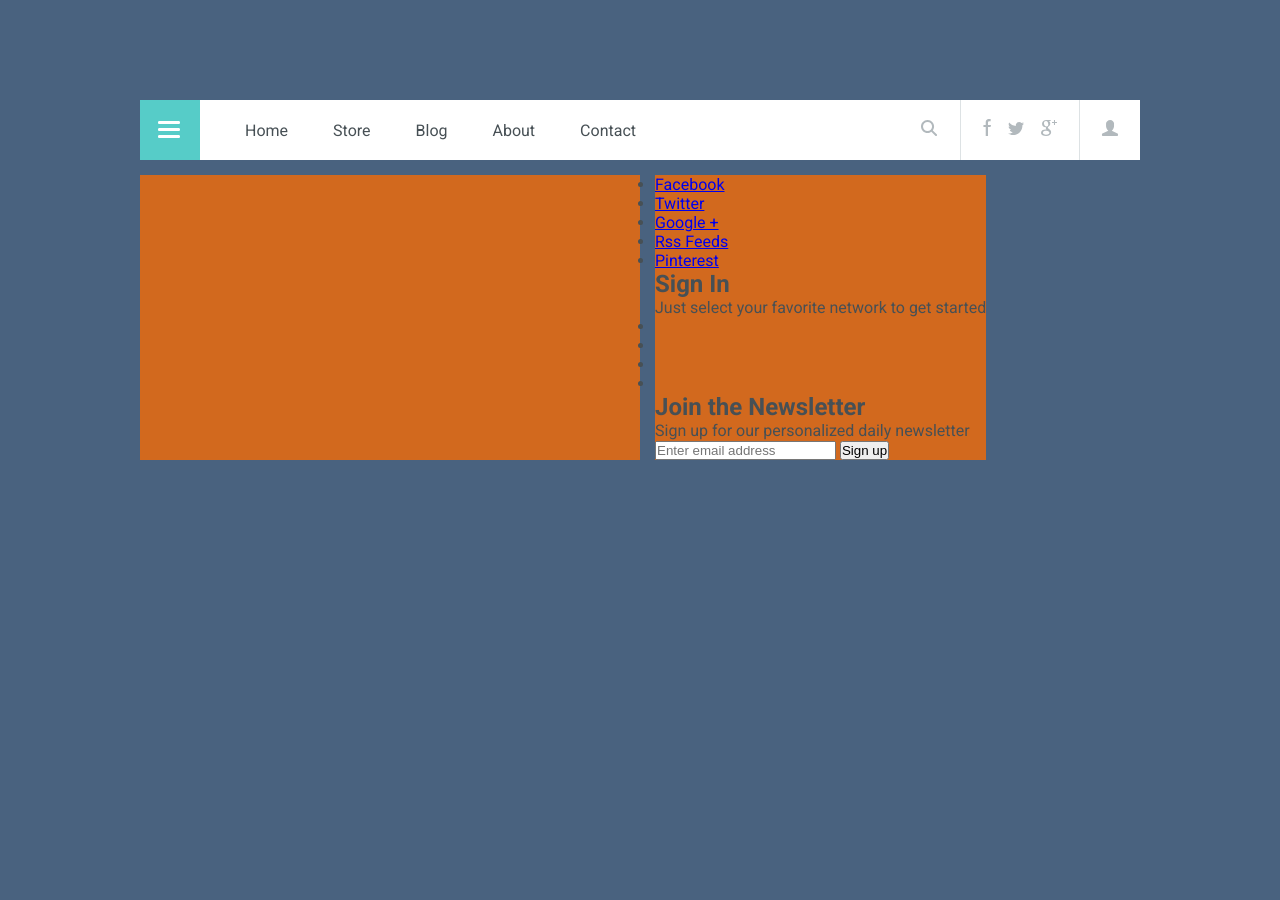
Repository: pawelczubak/WeeklyWebDevChallenge
Page: Challenge_4/index.html
These files come from the project's save history. The page is drawn as it stood at one moment and after the next save; the edit follows.
The browser window is 1280 px wide. The pictures show the whole page.
Some web libraries are served in a nearby version.

Above is the page before, as saved 2020-04-27 19:41:36.

After the next save:
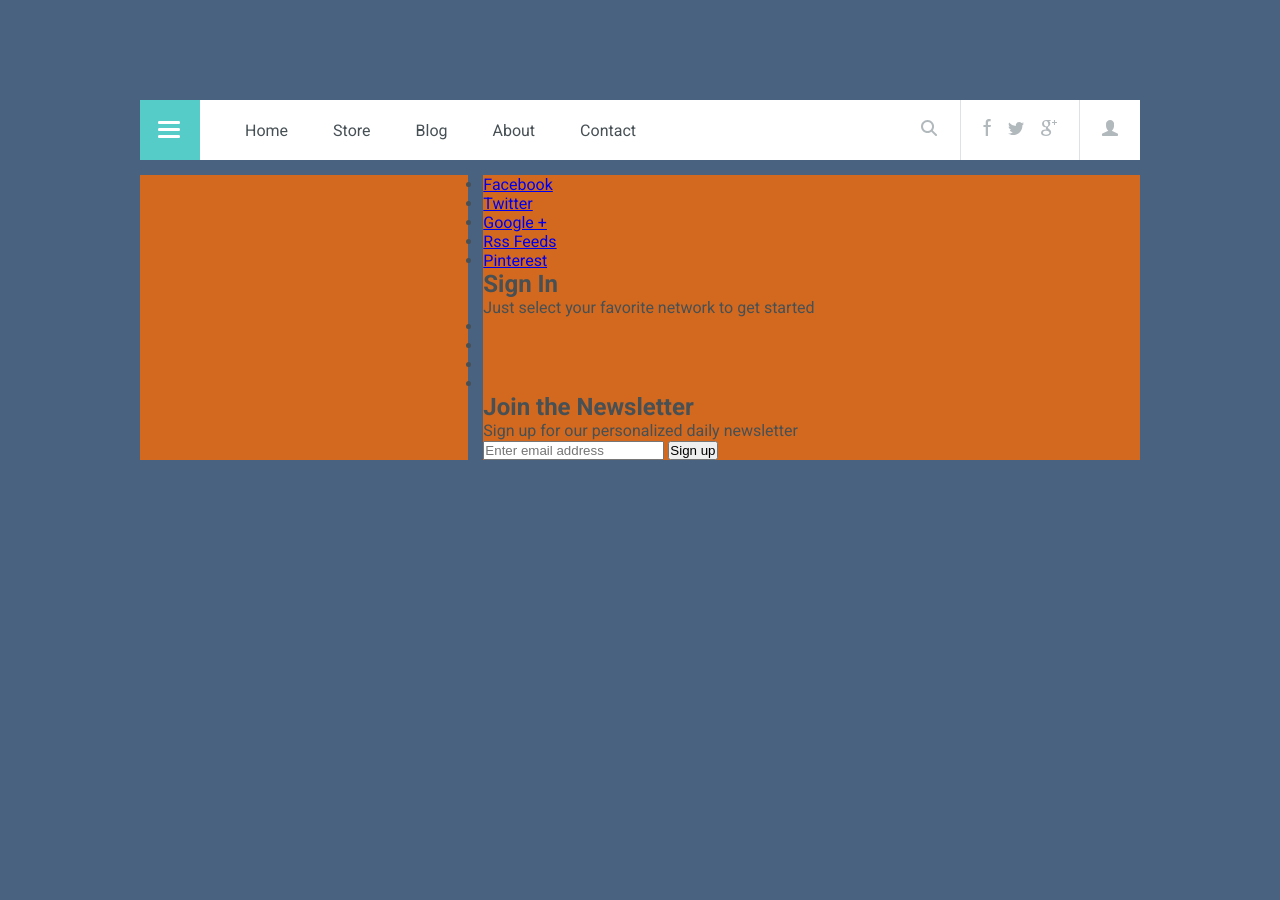
Saved 6 s later.
--- a/Challenge_4/css/main.css
+++ b/Challenge_4/css/main.css
@@ -145,7 +145,7 @@
 .social-section {
     margin-left: 15px;
     background-color: chocolate;
-    width: auto;
+    width: 100%;
 }
 
 .social-section__socials-container {

After the save that followed:
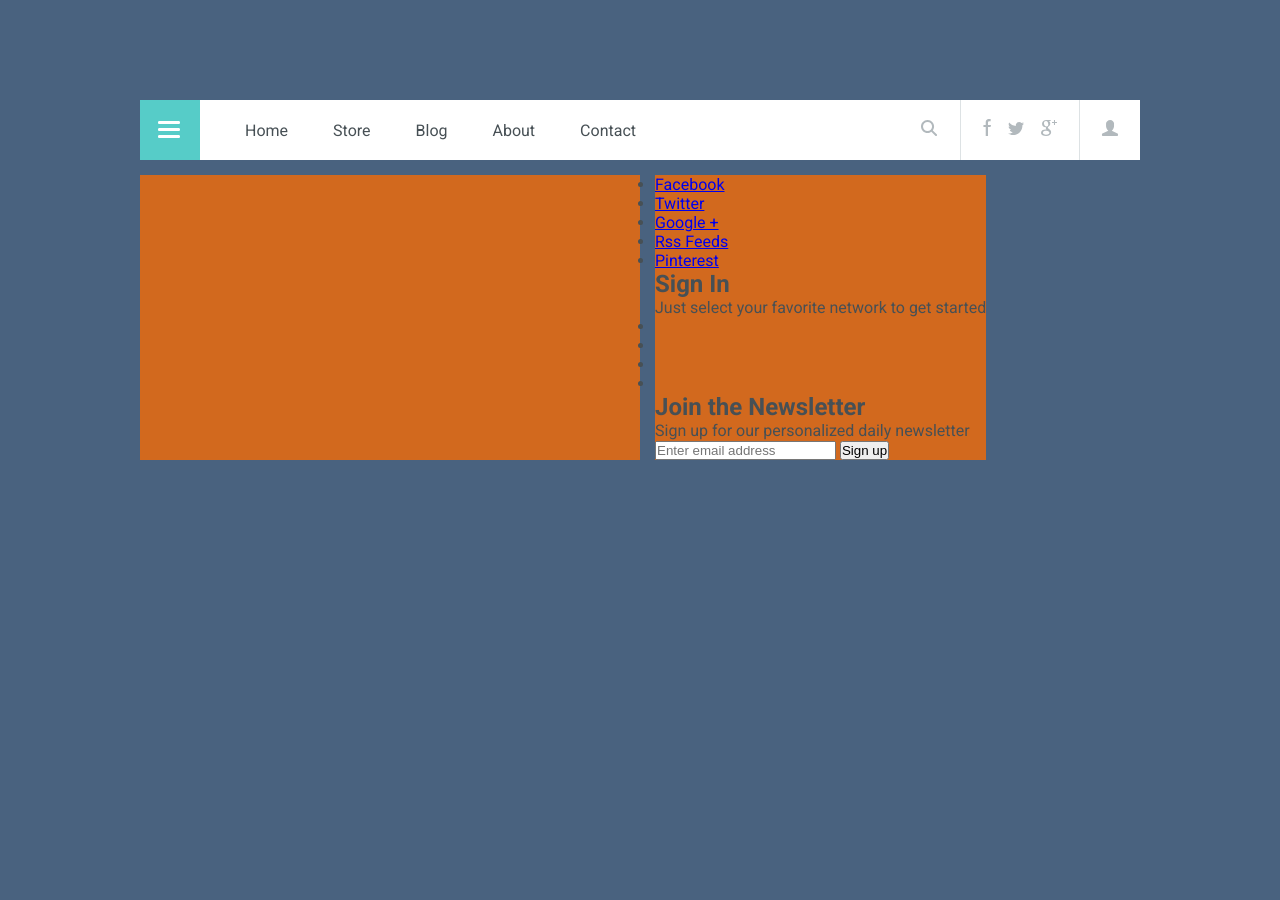
Saved 49 s later.
--- a/Challenge_4/css/main.css
+++ b/Challenge_4/css/main.css
@@ -145,7 +145,7 @@
 .social-section {
     margin-left: 15px;
     background-color: chocolate;
-    width: 100%;
+
 }
 
 .social-section__socials-container {
